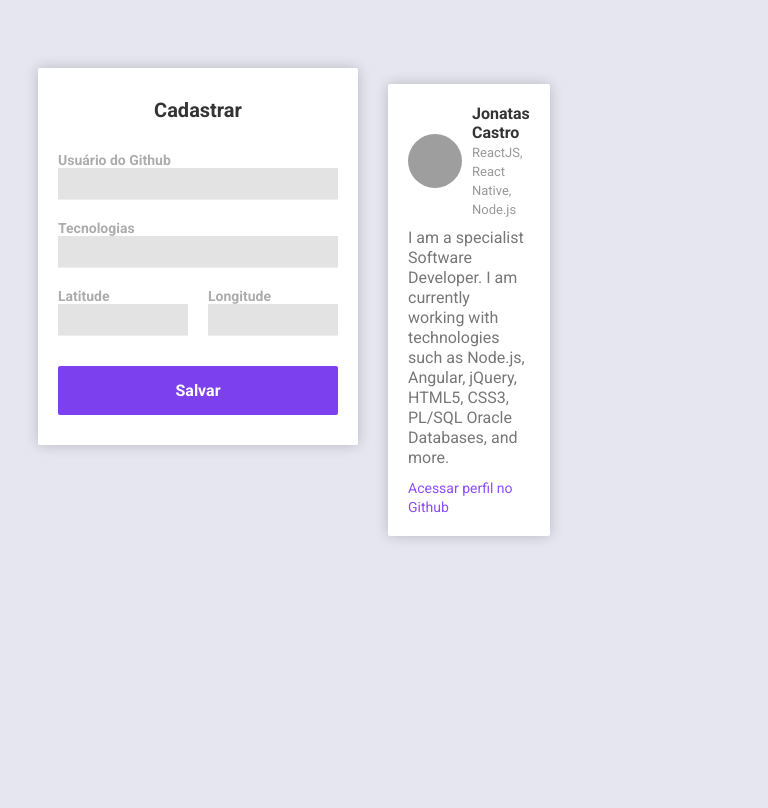
Repository: Jonatas-Castro/react_frontend
Page: /
These files come from the project's save history. The page is drawn as it stood at one moment and after the next save; the edit follows.
The browser window is 768 px wide. The pictures show the whole page.
Pictures or frames that could not be fetched are drawn as grey boxes. The project was rebuilt for these pictures with package versions that can differ from the ones it lists, and the page was loaded fresh each time.

Above is the page before, as saved 2020-01-16 16:05:38.

After the next save:
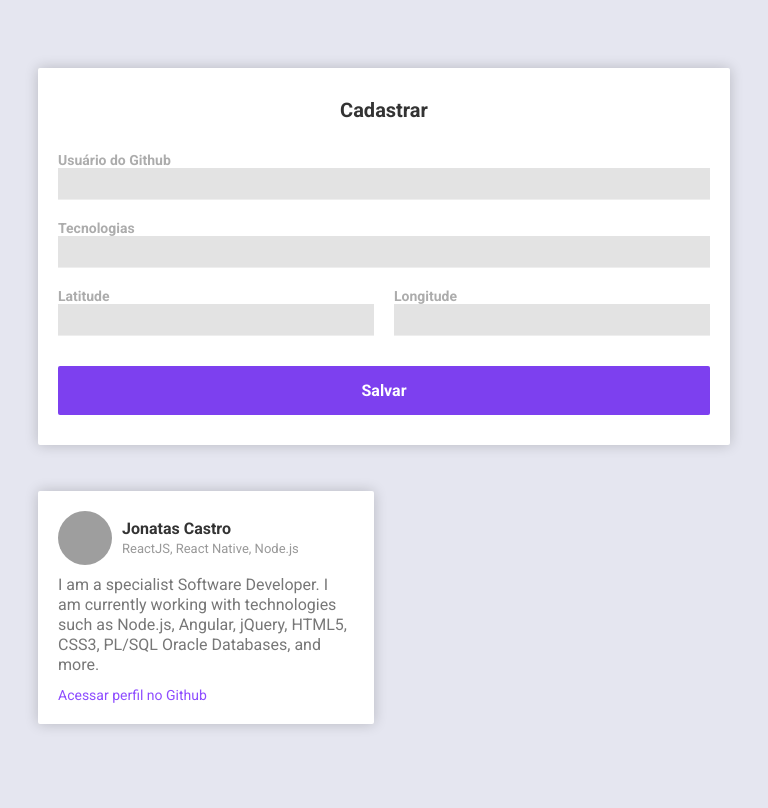
Saved 61 s later.
--- a/src/App.css
+++ b/src/App.css
@@ -9,7 +9,7 @@
 #app main{
     margin-left: 30px;
 }
-@media(maxwidth:1000px){
+@media(max-width:1000px){
     #app{
         flex-direction: column;
     }
